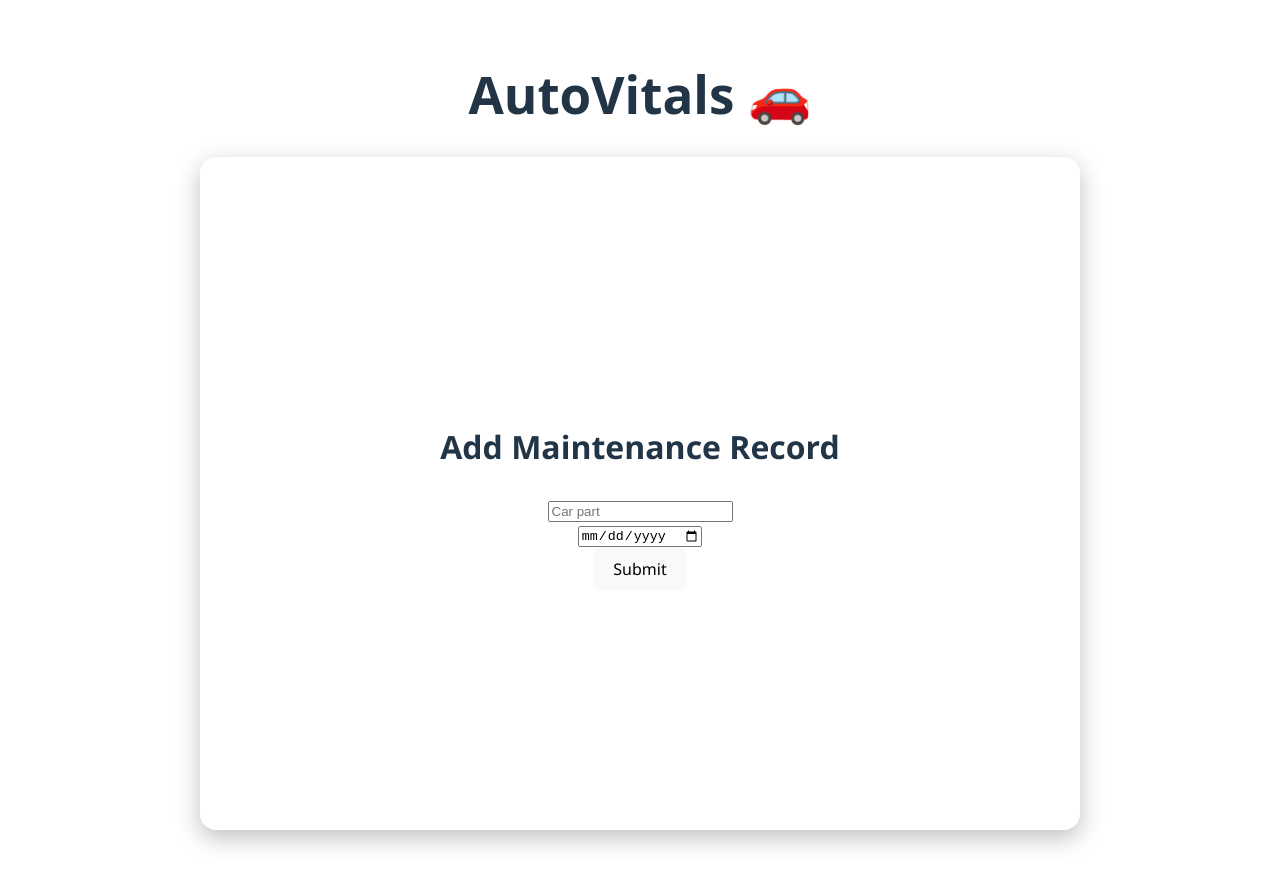
Repository: YoussefAzmires/wevdebautovitals
Page: /add (app in frontend/)
An editor plug-in stored every save of this project. The page is shown before and after the next save, followed by the edit.
The browser window is 1280 px wide. The pictures show the whole page.
The project was rebuilt for these pictures with package versions that can differ from the ones it lists, and the page was loaded fresh each time. Also part of the build but not shown: frontend/vite.config.ts.

Above is the page before, as saved 2025-04-13 15:49:58.

After the next save:
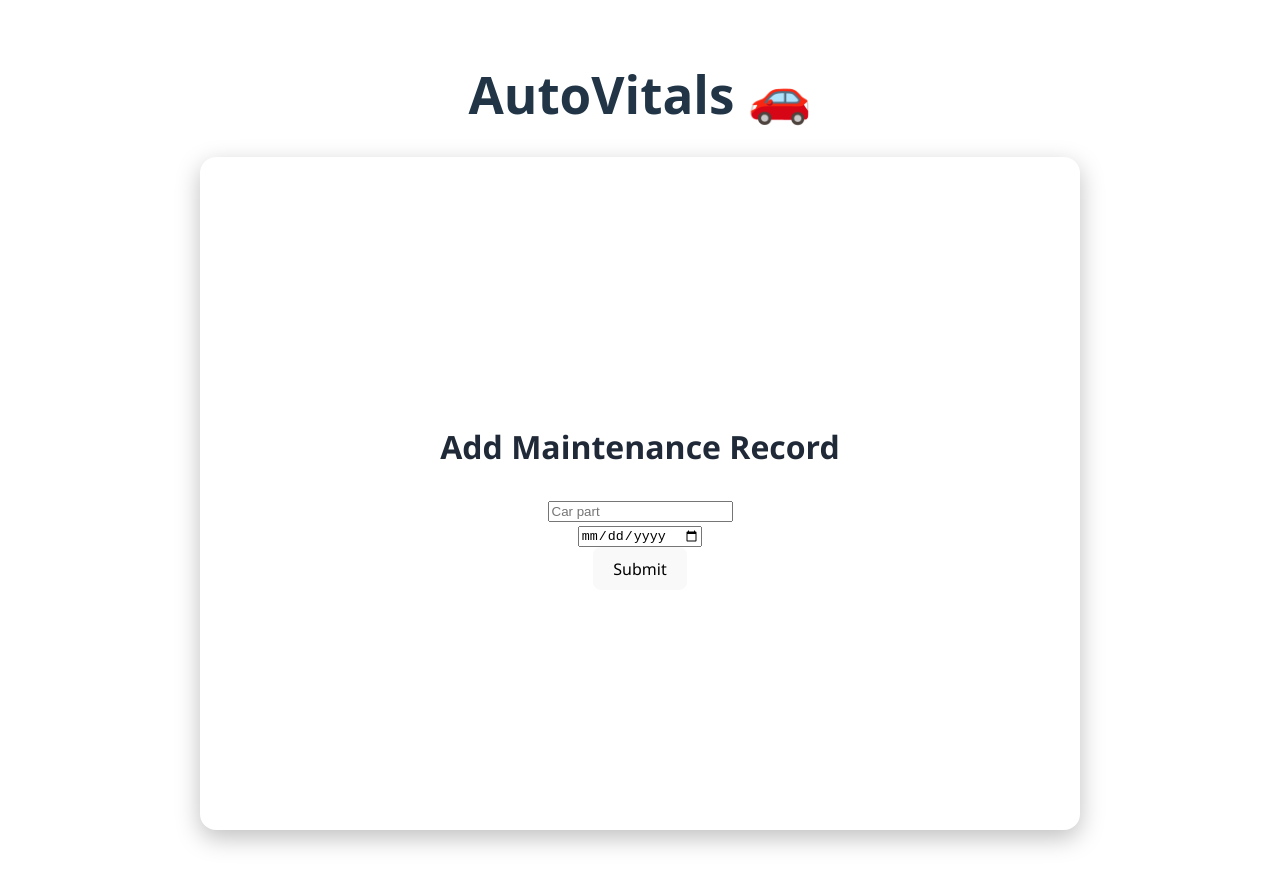
Saved 14 s later.
--- a/frontend/src/components/AddMaintenanceRecordsForm/AddMaintenanceRecordsForm.css
+++ b/frontend/src/components/AddMaintenanceRecordsForm/AddMaintenanceRecordsForm.css
@@ -9,4 +9,6 @@ form{
 }
 form h2{
   font-size: 2em;
+     color: #1f2937;
+  ;
 }
